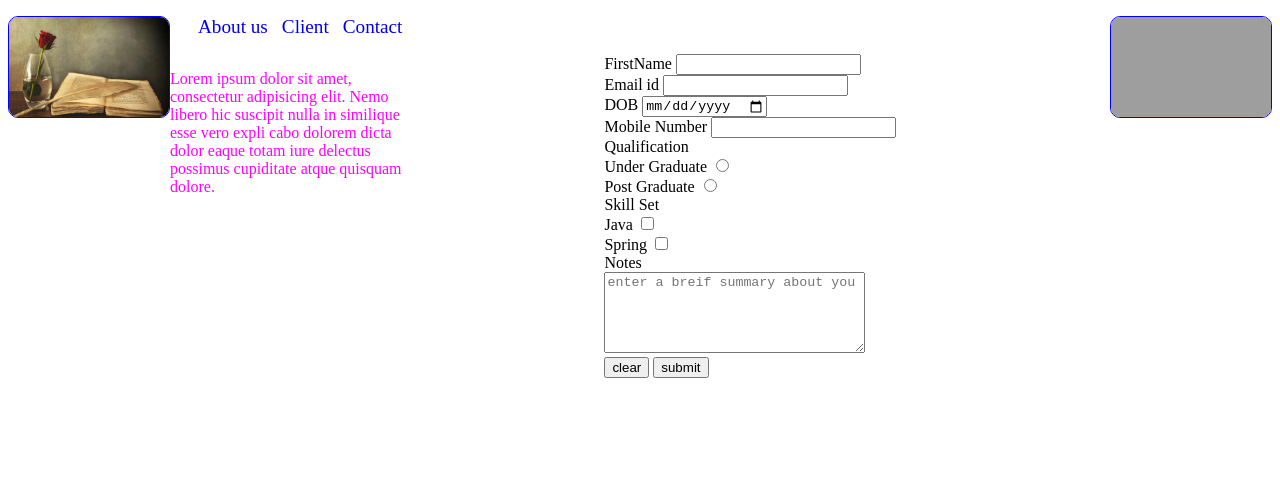
Repository: Balamurugan1914/crud_operation_without_db
Page: html_example/src/main/webapp/Registeration.html
An editor plug-in stored every save of this project. The page is shown before and after the next save, followed by the edit.
The browser window is 1280 px wide. The pictures show the whole page.
Pictures or frames that could not be fetched are drawn as grey boxes.

Above is the page before, as saved 2022-06-23 06:41:28.

After the next save:
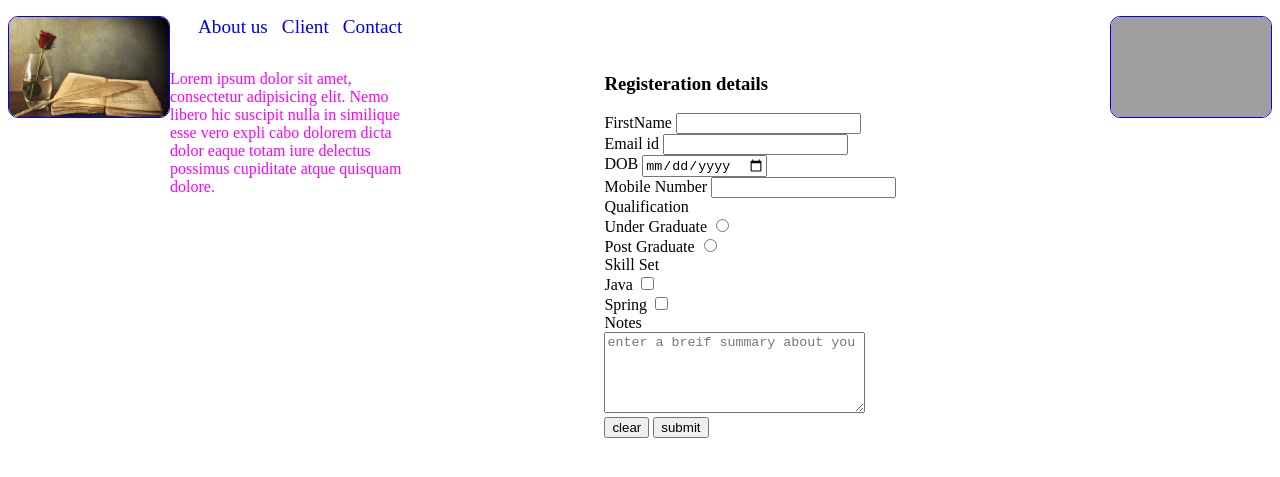
Saved 59 s later.
--- a/html_example/src/main/webapp/Registeration.html
+++ b/html_example/src/main/webapp/Registeration.html
@@ -56,6 +56,7 @@ cabo dolorem dicta dolor eaque totam iure delectus possimus cupiditate atque qui
 			</article>
 			<article style="width: 40%" class="right">
 			<form action="client.html" method="get">
+			  <h1>Registeration details</h1>
 				<div><label for="firstName">FirstName</label>
 				<input type="text" name="firstName" id="firstName" required"/></div>
 				<div><label for="email">Email id</label>
